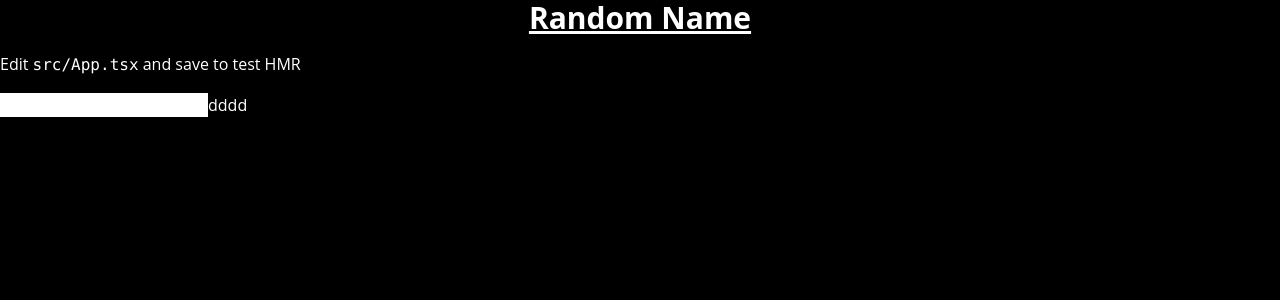
Repository: prodavetc/randomname
Page: /
An editor plug-in stored every save of this project. The page is shown before and after the next save, followed by the edit.
The browser window is 1280 px wide. The pictures show the whole page.
The project was rebuilt for these pictures with package versions that can differ from the ones it lists, and the page was loaded fresh each time. Also part of the build but not shown: vite.config.ts.

Above is the page before, as saved 2024-03-26 10:22:21.

### src/main.tsx
import React from 'react'
import ReactDOM from 'react-dom/client'
import App from './App.tsx'
import RandomName from './components/RandomName.tsx' // Import the 'RandomName' component
import './index.css'

ReactDOM.createRoot(document.getElementById('root')!).render(
  <React.StrictMode>
    <RandomName /> {/* Add the 'RandomName' component */}
    {/* <App /> */}
  </React.StrictMode>,
)

### src/components/RandomName.tsx
import { useState } from 'react';


const RandomName = () => {
  const [list, setList] = useState('')


  const onPressHandler = (event: React.FormEvent<HTMLFormElement>) => {
    event.preventDefault();
    const value = (event.target as HTMLFormElement).list.value;
    console.log('value: ', value);

    setList(value);
    console.log('lists: ', list);

    if(list){


      let myArray = list.split(", ");
      const randomIndex = myArray[Math.floor(Math.random() * myArray.length)];

      console.log('randomIndex', randomIndex);

    }
  }
  return (
    <>

      <h1 className="text-3xl font-bold underline text-center">Random Name</h1>
      <div className="card">
       {list}
        <p>
          Edit <code>src/App.tsx</code> and save to test HMR
        </p>
      </div>
      <div>
        <form onSubmit={onPressHandler}>
          <input name='list' />
          <button
            value='press'
            title='eee'
          >dddd</button>
        </form>
      </div>
    </>
  )
}
export default RandomName

### src/index.css
@tailwind base;
@tailwind components;
@tailwind utilities;

html, body {
  background-color: #000000;
  color: white;
  font-family: 'Open Sans', sans-serif;

}


h1 {
  @apply text-3xl font-bold mb-4;
}

p {
  @apply mb-4;
}

ul {
  @apply list-disc list-inside;
}

strong {
  @apply font-bold text-indigo-400;
}

em {
  @apply italic text-pink-500;
}


.btn-primary {
  @apply bg-indigo-500 text-white font-bold py-2 px-4 rounded-xl hover:bg-indigo-700 transition-all duration-200 ease-in-out;
}

.btn-primary:disabled {
  @apply bg-indigo-500 text-white font-bold py-2 px-4 rounded-xl opacity-50 cursor-not-allowed;
}

.chat-container {
  @apply flex flex-col flex-auto flex-shrink-0 rounded-2xl bg-white bg-opacity-5 h-full p-4;
}

.chat-messages {
  @apply flex flex-col h-full overflow-x-auto mb-4 overflow-scroll;
}


/* Animations */

.fade-in { animation: fadeIn .3s; }

@keyframes fadeIn {
  0% { opacity: 0; }
  100% { opacity: 1; }
}

Loaded but not shown: index.html (common file); tailwind.config.js (common file)

After the next save:
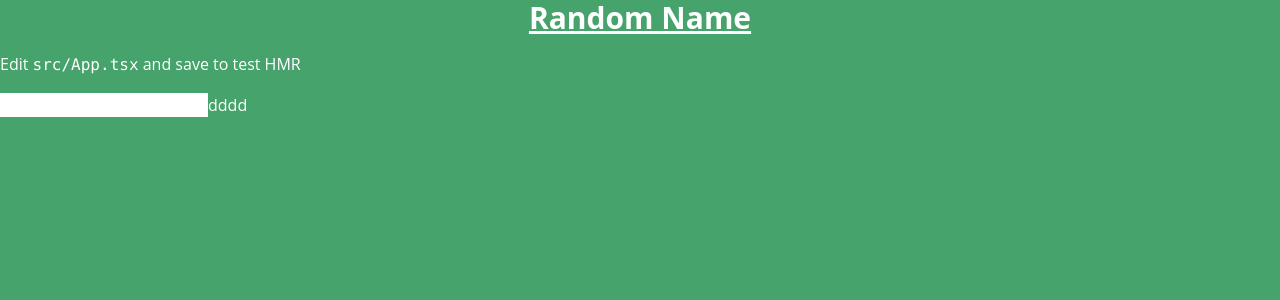
Saved 92 s later.
--- a/src/index.css
+++ b/src/index.css
@@ -3,7 +3,7 @@
 @tailwind utilities;
 
 html, body {
-  background-color: #000000;
+  background-color: #46a36b;
   color: white;
   font-family: 'Open Sans', sans-serif;
 
